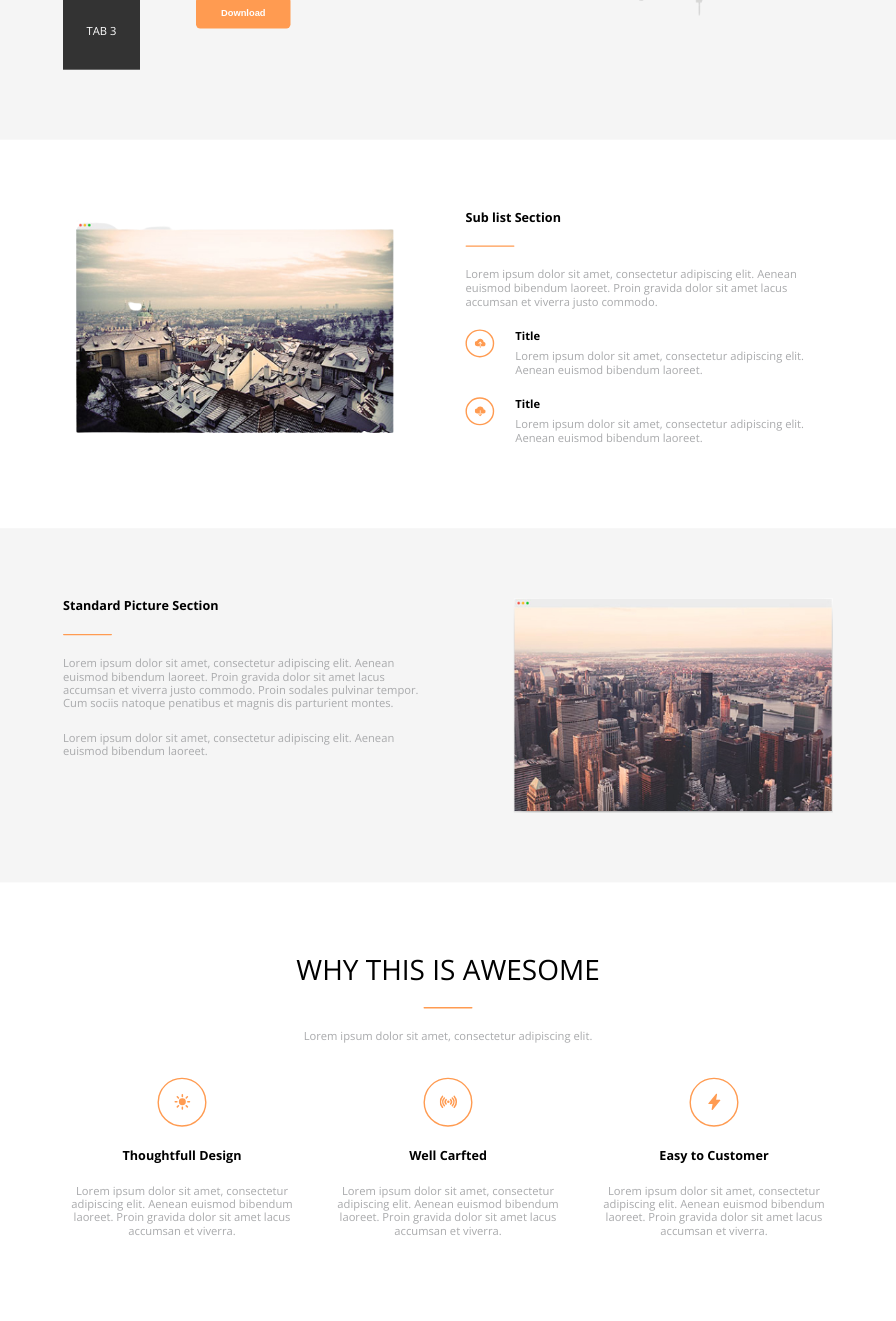
Repository: dinhtri123/axureThems
Page: index.html
An editor plug-in stored every save of this project. The page is shown before and after a run of saves, followed by the edit.
The browser window is 1280 px wide. The pictures show the part of the page from y = 981 to 2901 px (the page is 2868 px tall before and 2901 px after), at 70% of full size.

Above is the page before, as saved 2023-02-11 16:34:41.

### index.html
<!DOCTYPE html>
<html lang="en">
  <head>
    <meta charset="UTF-8" />
    <meta http-equiv="X-UA-Compatible" content="IE=edge" />
    <meta name="viewport" content="width=device-width, initial-scale=1.0" />
    <title>Axure Themes</title>
    <script
      type="module"
      src="https://unpkg.com/ionicons@5.5.2/dist/ionicons/ionicons.esm.js"
    ></script>
    <script
      nomodule
      src="https://unpkg.com/ionicons@5.5.2/dist/ionicons/ionicons.js"
    ></script>
    <link rel="stylesheet" href="style.css" />
  </head>
  <body>
    <header>
      <div class="container headerMain">
        <a href="index.html" class="logo">
          <span>AX</span>
          <span>IT</span>
        </a>
        <nav>
          <ul>
            <li><a href="#">Features</a></li>
            <li><a href="#">About</a></li>
            <li><a href="#">Pricing</a></li>
            <li><a href="#">Reviews</a></li>
            <li><a href="#">Contact</a></li>
          </ul>
        </nav>
      </div>
    </header>
    <div class="banner">
      <div class="imageBanner">
        <img src="./image/banner.jpeg" alt="" />
      </div>
      <div class="container bannerMain">
        <div class="bannerLeft">
          <a href="index.html" class="logo logoBanner">
            <span>AX</span>
            <span>IT</span>
          </a>
          <h3>MODERN AXURE TEMPLATE FOR BEAUTIFUL PROTOTYPES</h3>
          <span class="line"></span>
          <p>
            Lorem ipsum dolor sit amet, consectetur adipiscing elit. Aenean
            euismod bibendum laoreet. Proin gravida dolor sit amet lacus
            accumsan et viverra justo commodo.
          </p>
          <button class="btn">Download</button>
        </div>
        <div class="bannerRight">
          <form autocomplete="off" class="formBanner">
            <h3>Try Your <span>FREE</span> Trial Today</h3>
            <div class="inputForm">
              <input type="text" name="name" id="name" placeholder="Name" />
              <input type="email" name="email" id="email" placeholder="Email" />
              <input
                type="password"
                name="password"
                id="password"
                placeholder="Password"
              />
            </div>
            <button class="btnForm">Get Started</button>
          </form>
        </div>
      </div>
    </div>
    <main>
      <div class="mainTabs">
        <div class="container mainTabsContent">
          <div class="tabsLeft">
            <div class="tabsNumber">
              <span>TAB 1</span>
              <span>TAB 2</span>
              <span>TAB 3</span>
            </div>
            <div class="tabsContent">
              <h3>Tabs with soft transitioning effect.</h3>
              <p>
                Lorem ipsum dolor sit amet, consectetur adipiscing elit. Aenean
                euismod bibendum laoreet. Proin gravida dolor sit amet lacus
                accumsan et viverra justo commodo. Proin sodales pulvinar
                tempor. Cum sociis natoque penatibus et magnis dis parturient
                montes.
              </p>
              <p>
                Lorem ipsum dolor sit amet, consectetur adipiscing elit. Aenean
                euismod bibendum laoreet.
              </p>
              <button class="btn btnTabs">Download</button>
            </div>
          </div>
          <div class="tabsRight">
            <img src="./image/img.png" alt="" />
          </div>
        </div>
      </div>
      <div class="mainSublist">
        <div class="container sublistMain">
          <div class="subLeft">
            <img src="./image/img2.png" alt="" />
          </div>
          <div class="subRight">
            <h3>Sub list Section</h3>
            <span class="line lineSub"></span>
            <p>
              Lorem ipsum dolor sit amet, consectetur adipiscing elit. Aenean
              euismod bibendum laoreet. Proin gravida dolor sit amet lacus
              accumsan et viverra justo commodo.
            </p>
            <div class="subDesc">
              <div class="icon">
                <ion-icon name="cloud-upload"></ion-icon>
              </div>
              <div class="subDescItem">
                <h4>Title</h4>
                <p>
                  Lorem ipsum dolor sit amet, consectetur adipiscing elit.
                  Aenean euismod bibendum laoreet.
                </p>
              </div>
            </div>
            <div class="subDesc">
              <div class="icon">
                <ion-icon name="cloud-download"></ion-icon>
              </div>
              <div class="subDescItem">
                <h4>Title</h4>
                <p>
                  Lorem ipsum dolor sit amet, consectetur adipiscing elit.
                  Aenean euismod bibendum laoreet.
                </p>
              </div>
            </div>
          </div>
        </div>
      </div>
      <div class="mainSection">
        <div class="container sectionContent">
          <div class="sectionLeft">
            <h3>Standard Picture Section</h3>
            <span class="line sectionLine"></span>
            <p>
              Lorem ipsum dolor sit amet, consectetur adipiscing elit. Aenean
              euismod bibendum laoreet. Proin gravida dolor sit amet lacus
              accumsan et viverra justo commodo. Proin sodales pulvinar tempor.
              Cum sociis natoque penatibus et magnis dis parturient montes.
            </p>
            <p>
              Lorem ipsum dolor sit amet, consectetur adipiscing elit. Aenean
              euismod bibendum laoreet.
            </p>
          </div>
          <div class="sectionRight">
            <img src="./image/img4.jpg" alt="" />
          </div>
        </div>
      </div>
      <div class="mainAwesome">
        <div class="container awesomeContent">
          <h2>WHY THIS IS AWESOME</h2>
          <span class="line lineSub"></span>
          <p>Lorem ipsum dolor sit amet, consectetur adipiscing elit.</p>
          <div class="awesomeItems">
            <div class="awesomeCard">
              <div class="icon iconAwesome">
                <ion-icon name="sunny"></ion-icon>
              </div>
              <h3>Thoughtfull Design</h3>
              <p>
                Lorem ipsum dolor sit amet, consectetur adipiscing elit. Aenean
                euismod bibendum laoreet. Proin gravida dolor sit amet lacus
                accumsan et viverra.
              </p>
            </div>
            <div class="awesomeCard">
              <div class="icon iconAwesome">
                <ion-icon name="radio"></ion-icon>
              </div>
              <h3>Well Carfted</h3>
              <p>
                Lorem ipsum dolor sit amet, consectetur adipiscing elit. Aenean
                euismod bibendum laoreet. Proin gravida dolor sit amet lacus
                accumsan et viverra.
              </p>
            </div>
            <div class="awesomeCard">
              <div class="icon iconAwesome">
                <ion-icon name="flash"></ion-icon>
              </div>
              <h3>Easy to Customer</h3>
              <p>
                Lorem ipsum dolor sit amet, consectetur adipiscing elit. Aenean
                euismod bibendum laoreet. Proin gravida dolor sit amet lacus
                accumsan et viverra.
              </p>
            </div>
          </div>
        </div>
      </div>
      <div class="mainStylish">
        <div class="stylishBanner">
            <img src="./image/banner12.jpeg" alt="">
        </div>
        <div class="container stylishContent">
            <h2 class="stylishTitle"></h2>
        </div>
      </div>
    </main>
  </body>
</html>

### style.css
@import url("https://fonts.googleapis.com/css2?family=Open+Sans:wght@400;500;600;700&display=swap");
* {
  margin: 0;
  padding: 0;
  box-sizing: border-box;
  scroll-behavior: smooth;
}
:root {
  --bg-black: #000;
  --bg-white: #fff;
  --bg-orange: #ff9b51;
  --bg-light: #f5f5f5;
  --bg-gray: #dfdfdf;
  --bg-text: #a9aaac;
}
body {
  font-family: "Open Sans", sans-serif;
  font-weight: 400;
  font-size: 16px;
  line-height: 1.2;
  width: 100%;
  max-height: 100vh;
  height: 100%;
  color: var(--bg-white);
}
button,
a,
input {
  cursor: pointer;
  text-decoration: none;
  border: none;
  outline: none;
}
.container {
  max-width: 1100px;
  width: 100%;
  height: 100%;
  margin: 0px auto;
}

header {
  width: 100%;
  height: 70px;
  background: var(--bg-black);
}
.headerMain {
  display: flex;
  justify-content: space-between;
  align-items: center;
}
.logo {
  display: flex;
  text-decoration: none;
  font-size: 30px;
}
.logo span:first-child {
  font-weight: 700;
  color: var(--bg-white);
}
.logo span:last-child {
  font-weight: 400;
  color: var(--bg-orange);
}
nav ul {
  display: flex;
  align-items: center;
  gap: 40px;
  list-style: none;
}
nav ul li a {
  text-decoration: none;
  color: var(--bg-white);
}

/* --------------------- */

/* --------BANNER------------ */

.banner {
  width: 100%;
  background: var(--bg-black);
  position: relative;
}
.imageBanner {
  position: absolute;
  inset: 0;
  width: 100%;
  height: 100%;
  z-index: 0;
  filter: brightness(0.5);
}
.imageBanner img {
  width: 100%;
  height: 100%;
  object-fit: cover;
}
.bannerMain {
  padding: 100px 0px;
  display: grid;
  grid-template-columns: repeat(2, 1fr);
  gap: 50px;
  z-index: 10;
  isolation: isolate;
}
.bannerLeft {
  display: flex;
  flex-direction: column;
  gap: 30px;
}
.bannerRight {
  display: flex;
  justify-content: end;
  align-items: center;
}

.logoBanner {
  font-size: 60px;
}
.bannerLeft > h3 {
  font-size: 35px;
  font-weight: 300;
}
.line {
  width: 70px;
  height: 2px;
  background-color: var(--bg-white);
  border-radius: 8px;
}

.btn {
  width: 135px;
  height: 45px;
  border: 2px solid var(--bg-white);
  display: flex;
  justify-content: center;
  align-items: center;
  font-weight: 600;
  background: transparent;
  color: var(--bg-white);
}

.formBanner {
  width: 360px;
  height: 360px;
  border-radius: 6px;
  background: var(--bg-white);
  display: flex;
  flex-direction: column;
  justify-content: space-between;
  align-items: center;
  overflow: hidden;
}
.formBanner > h3 {
  width: 100%;
  height: 55px;
  font-size: 22px;
  color: var(--bg-black);
  font-weight: 700;
  background: var(--bg-light);
  display: flex;
  justify-content: center;
  align-items: center;
}
.formBanner > h3 > span {
  color: var(--bg-orange);
  padding: 0px 10px;
}
.inputForm {
  width: 100%;
  height: 250px;
  padding: 0px 50px;
  display: flex;
  flex-direction: column;
  justify-content: center;
  gap: 20px;
}
.inputForm input {
  border: none;
  border-bottom: 2px solid var(--bg-light);
  padding: 0px 10px;
  width: 100%;
  height: 40px;
  outline: none;
}
.inputForm input::placeholder {
  color: var(--bg-gray);
}
.btnForm {
  width: 100%;
  height: 55px;
  background: var(--bg-orange);
  display: flex;
  justify-content: center;
  align-items: center;
  font-weight: 600;
  color: var(--bg-white);
  border: none;
  outline: none;
  font-size: 17px;
}
/* -------------------------- */

/* -----main------- */

.mainTabs {
  width: 100%;
  background: var(--bg-light);
}

.mainTabsContent {
  width: 100%;
  padding: 100px 0px;
  color: var(--bg-black);
  display: grid;
  grid-template-columns: 2fr 1fr;
  gap: 50px;
}
.tabsLeft {
  display: flex;
  gap: 80px;
}

.tabsNumber {
  display: flex;
  flex-direction: column;
}
.tabsNumber span {
  width: 110px;
  height: 110px;
  display: flex;
  justify-content: center;
  align-items: center;
  color: var(--bg-white);
  background: #333333;
  cursor: pointer;
}
.tabsNumber span:nth-child(2) {
  border-top: 2px solid var(--bg-light);
  border-bottom: 2px solid var(--bg-light);
}
.tabsContent {
  display: flex;
  gap: 30px;
  flex-direction: column;
}

.tabsContent p {
  color: var(--bg-text);
}
.btnTabs {
  background: var(--bg-orange);
  border: none;
  border-radius: 6px;
}
.lineSub {
  background: var(--bg-orange);
}

.sublistMain {
  width: 100%;
  padding: 100px 0px;
  display: grid;
  grid-template-columns: 1fr 1fr;
  gap: 50px;
}

.subRight {
  display: flex;
  flex-direction: column;
  gap: 30px;
  color: var(--bg-black);
}
h3 {
  font-size: 18px;
}
.subRight p {
  color: var(--bg-text);
}

.subDesc {
  display: flex;
  gap: 30px;
}
.icon {
  width: 60px;
  height: 40px;
  border: 2px solid var(--bg-orange);
  display: flex;
  justify-content: center;
  align-items: center;
  color: var(--bg-orange);
  border-radius: 50%;
}
.subDescItem {
  display: flex;
  flex-direction: column;
  gap: 10px;
}
.subDescItem > p {
  color: var(--bg-text);
}

.mainSection {
  width: 100%;
  background: var(--bg-light);
}
.sectionContent {
  width: 100%;
  padding: 100px 0px;
  display: grid;
  grid-template-columns: 1fr 1fr;
  gap: 50px;
}
.sectionLeft {
  display: flex;
  flex-direction: column;
  gap: 30px;
  color: var(--bg-black);
}
.sectionLine {
  background-color: var(--bg-orange);
}
.sectionLeft p {
  color: var(--bg-text);
}
.sectionRight {
  display: flex;
  justify-content: end;
}

.awesomeContent {
  width: 100%;
  padding: 100px 0px;
  display: flex;
  flex-direction: column;
  align-items: center;
  gap: 30px;
  color: var(--bg-black);
}
h2 {
  font-size: 40px;
  font-weight: 400;
}
.awesomeContent p {
  color: var(--bg-text);
  text-align: center;
}
.iconAwesome {
  width: 70px;
  height: 70px;
  font-size: 25px;
}
.awesomeItems {
  display: grid;
  grid-template-columns: repeat(3, 1fr);
  gap: 40px;
  margin-top: 20px;
}
.awesomeCard {
  display: flex;
  flex-direction: column;
  gap: 30px;
  align-items: center;
}

.mainStylish {
  position: relative;
  width: 100%;
}
.stylishBanner {
  position: absolute;
  inset: 0;
  width: 100%;
  height: 100%;
}
.stylishBanner img {
  width: 100%;
  height: 100%;
  object-fit: cover;
}
.stylishContent{
    display: flex;
    flex-direction: column;
    gap:30px;
    align-items: center;
}

After the next 2 saves:
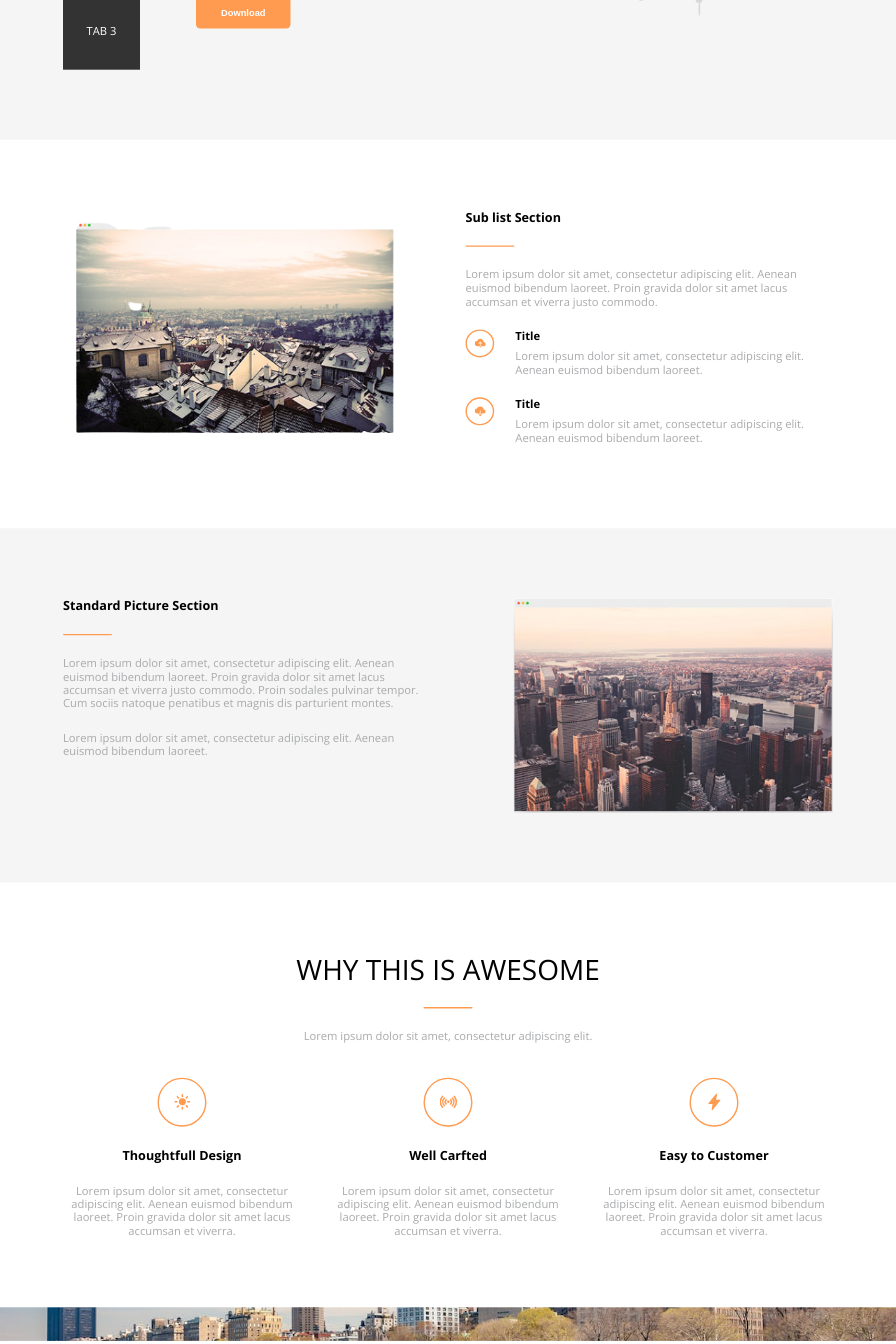
The 2 saves are shown as one change because they came seconds apart.
The last was saved 13 s later.
--- a/index.html
+++ b/index.html
@@ -205,10 +205,10 @@
       </div>
       <div class="mainStylish">
         <div class="stylishBanner">
-            <img src="./image/banner12.jpeg" alt="">
+          <img src="./image/banner12.jpeg" alt="" />
         </div>
         <div class="container stylishContent">
-            <h2 class="stylishTitle"></h2>
+          <h2 class="stylishTitle">STYLISH AXURE DESIGN</h2>
         </div>
       </div>
     </main>
